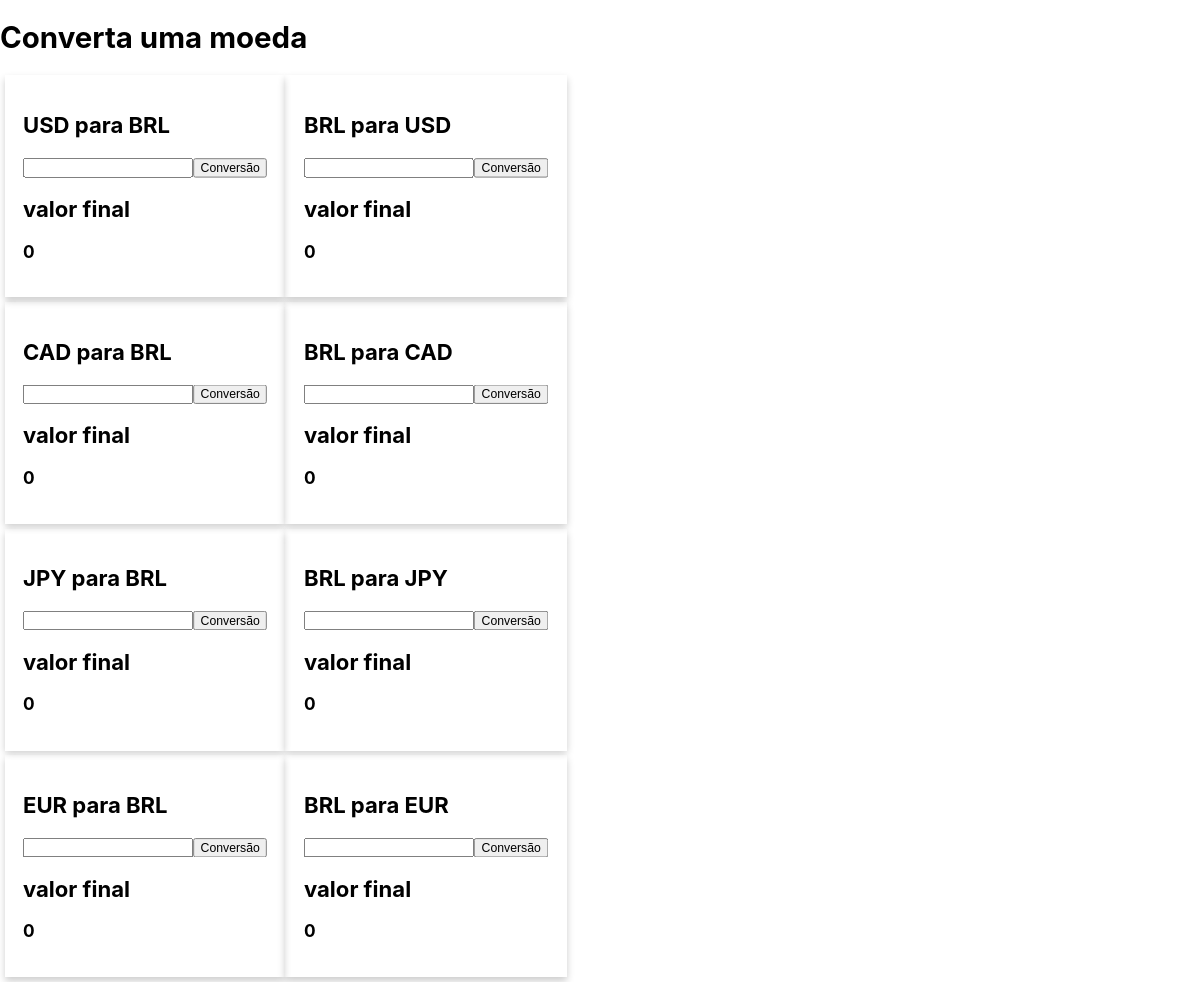
Repository: DeanLemosXD/Currency-converter
Page: /
An editor plug-in stored every save of this project. The page is shown before and after the next save, followed by the edit.
The browser window is 1280 px wide. The pictures show the whole page, at 92% of full size.
The project was rebuilt for these pictures with package versions that can differ from the ones it lists, and the page was loaded fresh each time.

Above is the page before, as saved 2021-10-19 18:17:43.

After the next save:
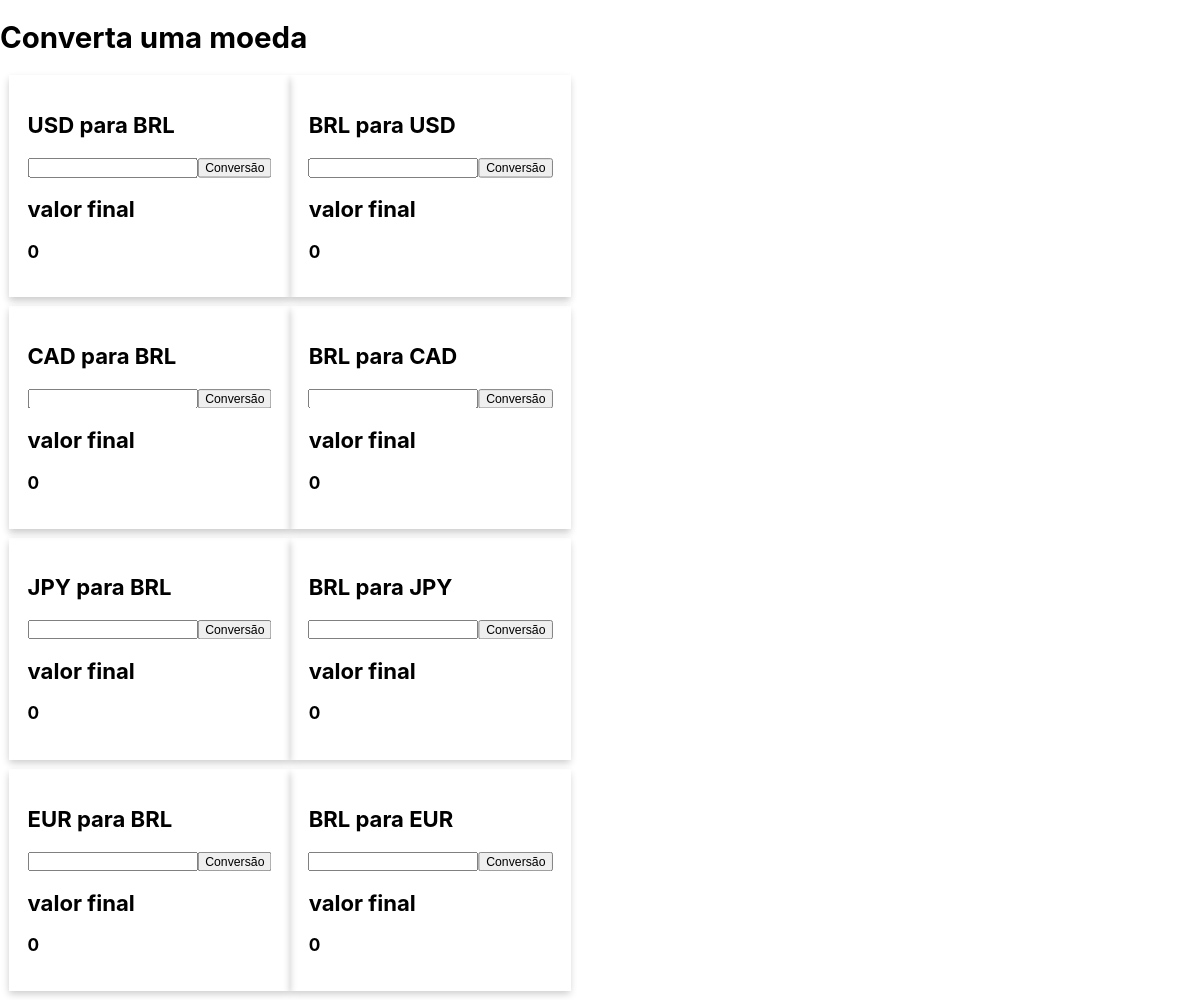
Saved 5 s later.
--- a/src/App.css
+++ b/src/App.css
@@ -1,5 +1,5 @@
 .linha{
     display:flex;
-    margin: 5px;
+    margin: 10px;
 
 }
